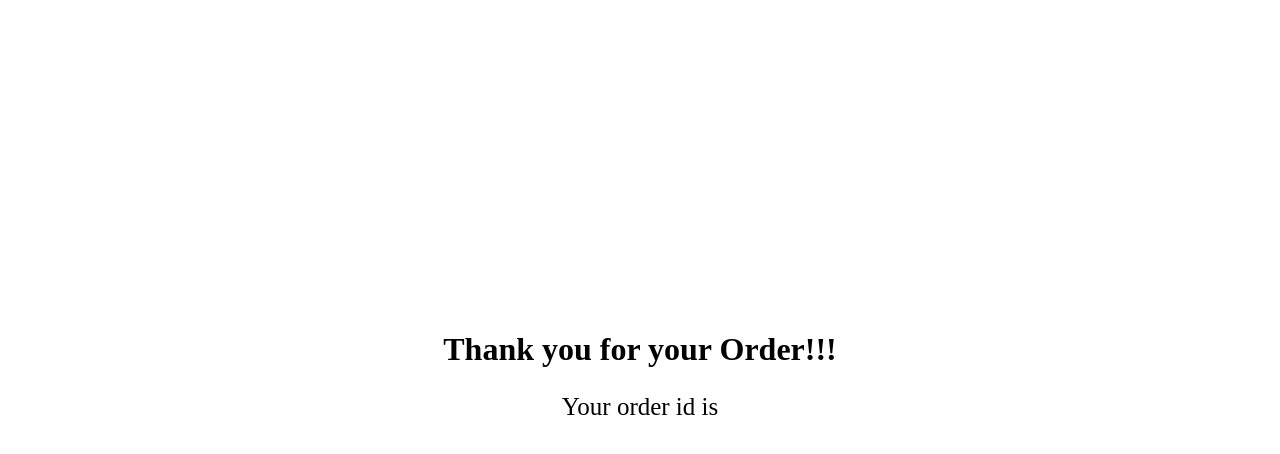
Repository: ponmalar24/Microservice_Bootcamp_SpringbootProject
Page: order/src/main/resources/templates/success.html
The author's editor kept a copy of each file at every save. The page is drawn from the files as they stood at one save, then again after the next save.
The browser window is 1280 px wide. The pictures show the whole page.

Above is the page before, as saved 2022-04-23 12:15:09.

After the next save:
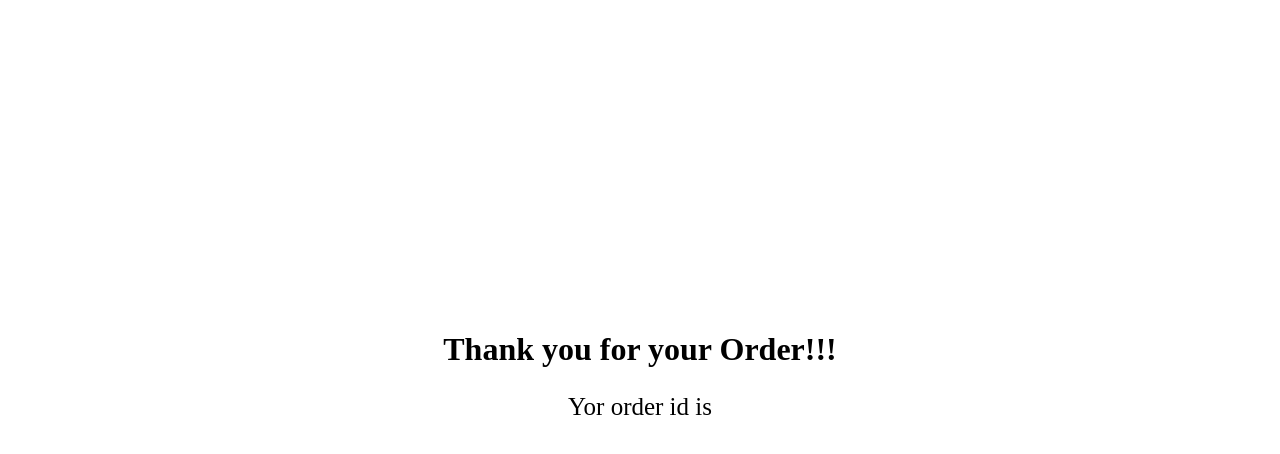
Saved 32 s later.
--- a/order/src/main/resources/templates/success.html
+++ b/order/src/main/resources/templates/success.html
@@ -1,22 +1,24 @@
 <!DOCTYPE HTML>
 <html xmlns:th="https://www.thymeleaf.org">
 <style>
-  .container
-  {
-      text-align: center;
-            width: 400px;
-            height: 100px;
-            position: absolute;
-            top:0;
-            bottom: 0;
-            left: 0;
-            right: 0;font-size: medium;
-            margin: auto;
-  }
-  p{
-      font-size: 25px;
-  }
+    .container {
+        text-align: center;
+        width: 400px;
+        height: 100px;
+        position: absolute;
+        top: 0;
+        bottom: 0;
+        left: 0;
+        right: 0;
+        font-size: medium;
+        margin: auto;
+    }
+
+    p {
+        font-size: 25px;
+    }
 </style>
+
 <head>
     <title>Order Sucess</title>
     <meta http-equiv="Content-Type" content="text/html; charset=UTF-8" />
@@ -26,7 +28,7 @@
 <body>
     <div class="container">
         <h1>Thank you for your Order!!!</h1>
-        <p>  Your order id is </p>
+        <p> Yor order id is </p>
 
     </div>
 

After the save that followed:
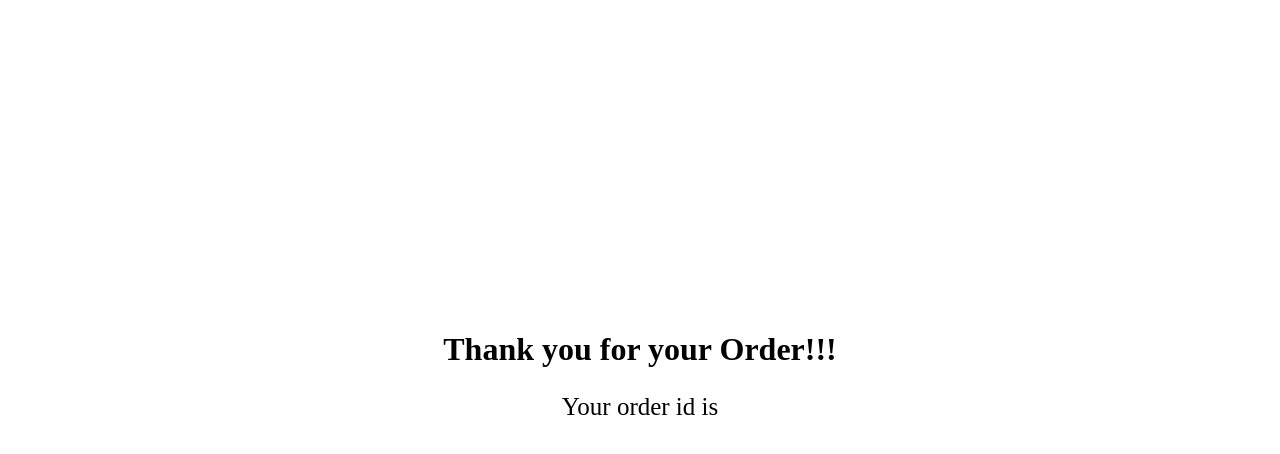
Saved 11 s later.
--- a/order/src/main/resources/templates/success.html
+++ b/order/src/main/resources/templates/success.html
@@ -20,7 +20,7 @@
 </style>
 
 <head>
-    <title>Order Sucess</title>
+    <title>Order Success</title>
     <meta http-equiv="Content-Type" content="text/html; charset=UTF-8" />
 </head>
 
@@ -28,7 +28,7 @@
 <body>
     <div class="container">
         <h1>Thank you for your Order!!!</h1>
-        <p> Yor order id is </p>
+        <p> Your order id is </p>
 
     </div>
 
